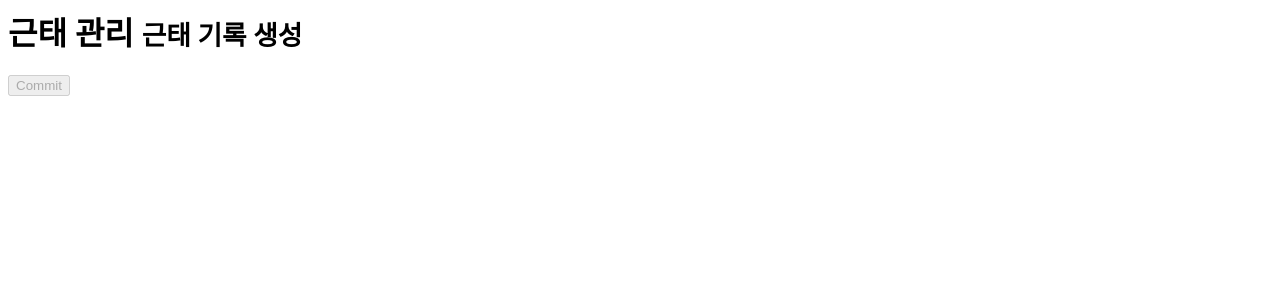
Repository: jkkang-somma/saram_20170803
Page: public/templates/createdataTemplate.html
The author's editor kept a record of every edit. The page is drawn from the files as they stood at one moment, then again after the next edit.
The browser window is 1280 px wide. The pictures show the whole page.

Above is the page before.

After the next edit:
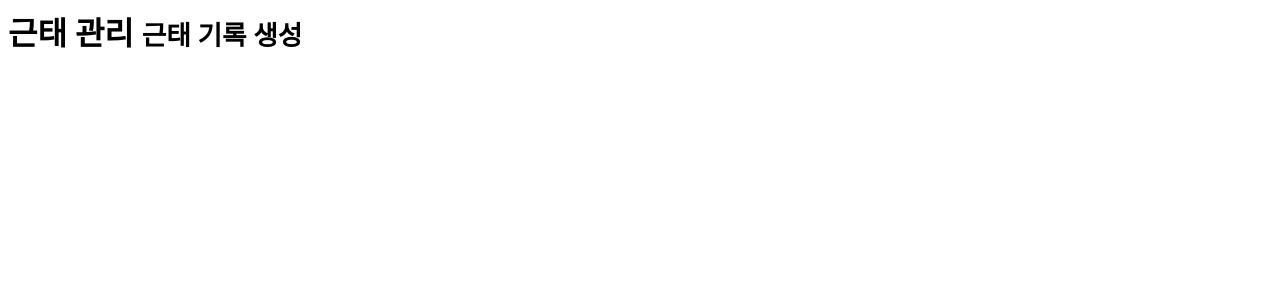
The edit:
--- a/public/templates/createdataTemplate.html
+++ b/public/templates/createdataTemplate.html
@@ -5,5 +5,5 @@
 
     <table class="table" id="rawDataTable"></table>
 
-    <button class="btn btn-primary" id="commitRawData" disabled="disabled">Commit</button>
+
 </div>

After the edit that followed:
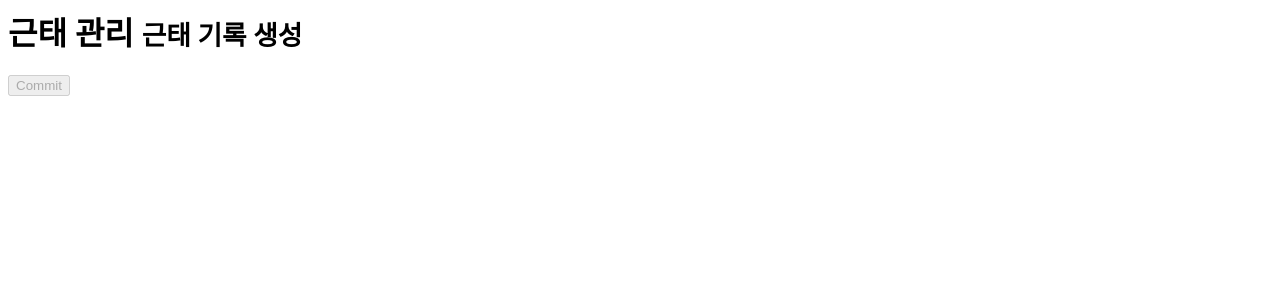
The edit:
--- a/public/templates/createdataTemplate.html
+++ b/public/templates/createdataTemplate.html
@@ -3,6 +3,8 @@
         <h1>근태 관리 <small>근태 기록 생성</small></h1>
     </div>
 
+    <button class="btn btn-primary" id="commitRawData" disabled="disabled">Commit</button>
+
     <table class="table" id="rawDataTable"></table>
 
 
